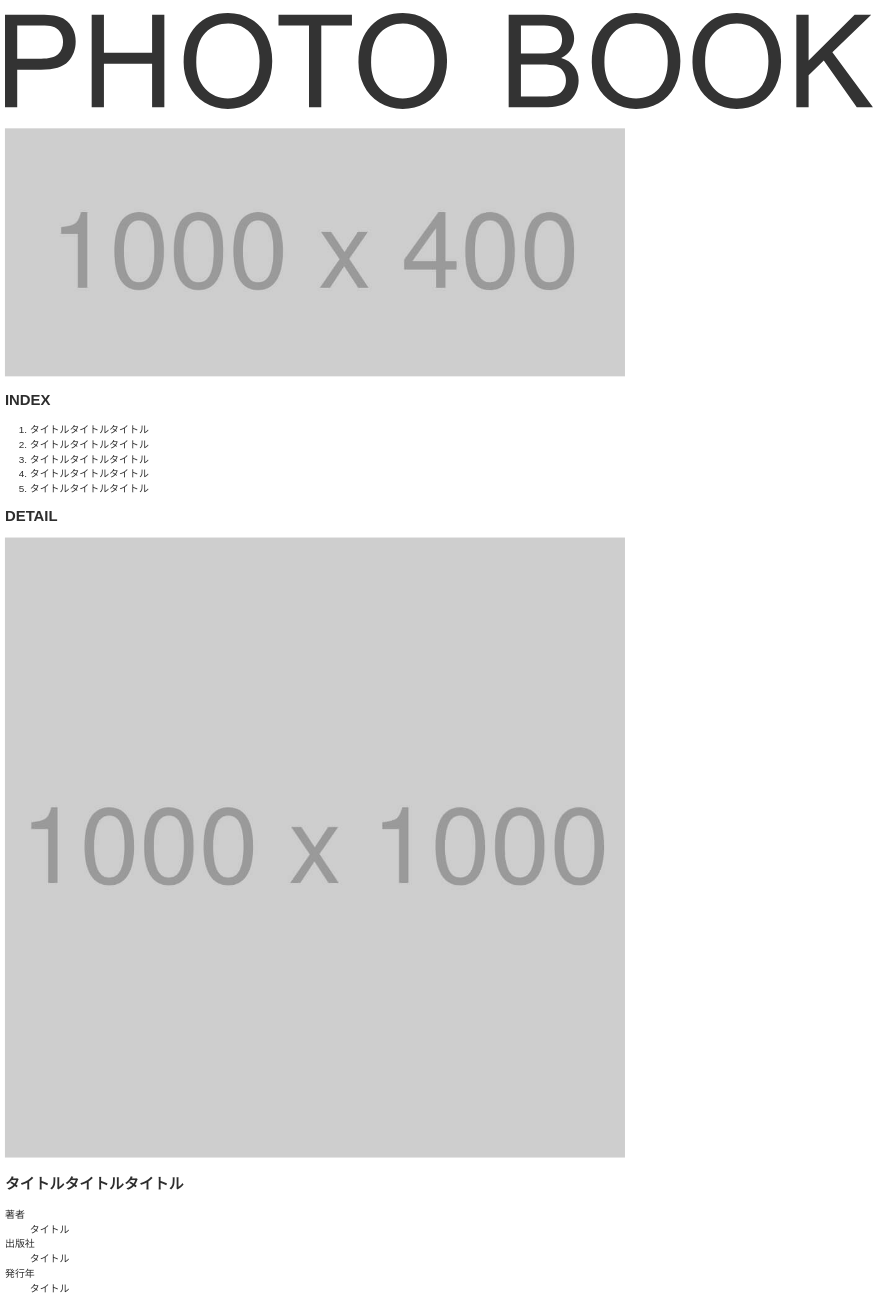
Repository: Fuki-san/photo-book-1
Page: http://localhost/photo
These files come from the project's save history. The page is drawn as it stood at one moment and after the next save; the edit follows.
The browser window is 1280 px wide. The page is 1408 px wide, so the pictures cover 1408 px, including what lies to the right of the window. The pictures show the whole page, at 62% of full size.
The page is served by the project's Laravel application, run on PHP 8.4 with Laravel 10.

Above is the page before, as saved 2023-11-26 15:38:55.

After the next save:
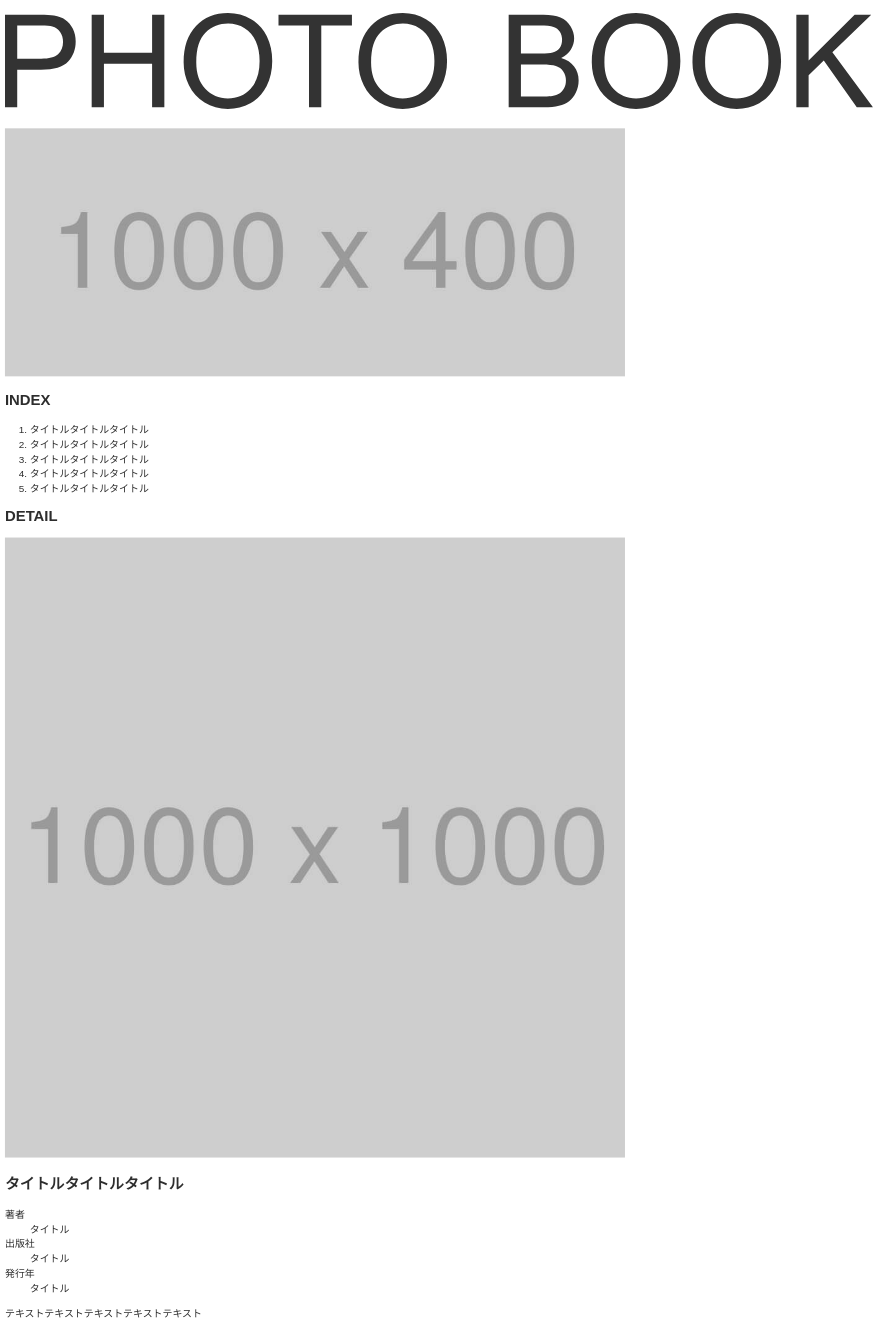
Saved 4 s later.
--- a/resources/views/photo.blade.php
+++ b/resources/views/photo.blade.php
@@ -33,7 +33,7 @@
                     <dt>出版社</dt><dd>タイトル</dd>
                     <dt>発行年</dt><dd>タイトル</dd>
                 </dl>
-
+                <p>テキストテキストテキストテキストテキスト</p>
             </div>
         </section>
     </main>
